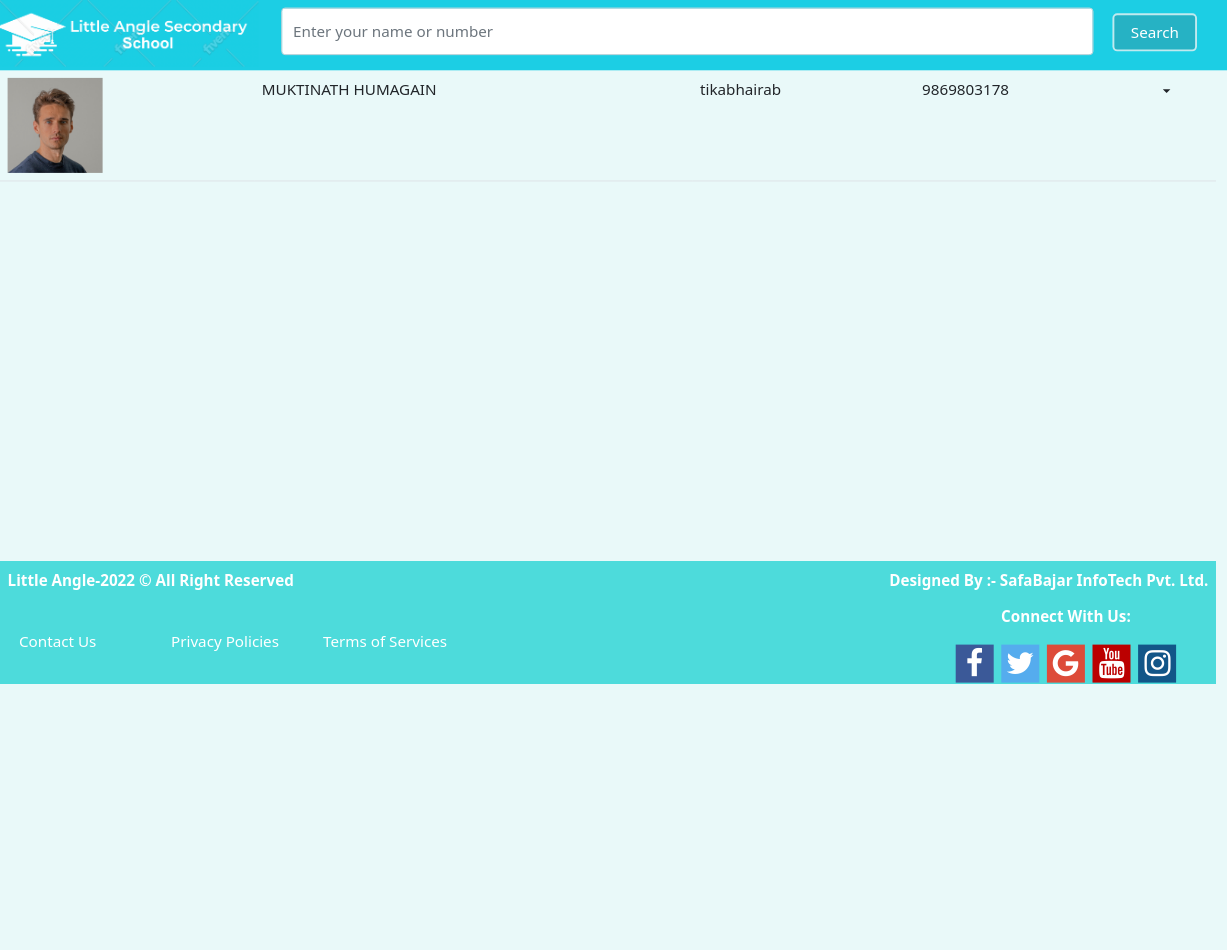
Repository: Sjuicyy/School-Project
Page: profilesview.html
An editor plug-in stored every save of this project. The page is shown before and after a run of saves, followed by the edit.
The browser window is 1280 px wide. The page is 1292 px wide, so the pictures cover 1292 px, including what lies to the right of the window. The pictures show the whole page, at 95% of full size.

Above is the page before, as saved 2022-09-22 11:29:44.

### profilesview.html
<!doctype html>
<html lang="en">

<head>
    <!-- Required meta tags -->
    <meta charset="utf-8">
    <meta name="viewport" content="width=device-width, initial-scale=1">

    <!-- Bootstrap CSS -->
    <link href="https://cdn.jsdelivr.net/npm/bootstrap@5.0.2/dist/css/bootstrap.min.css" rel="stylesheet"
        integrity="sha384-EVSTQN3/azprG1Anm3QDgpJLIm9Nao0Yz1ztcQTwFspd3yD65VohhpuuCOmLASjC" crossorigin="anonymous">

    <link rel="stylesheet" href="https://cdnjs.cloudflare.com/ajax/libs/font-awesome/4.7.0/css/font-awesome.min.css">


    <style>
        body {
            height: 1000px;
        }

        .navcol {
            background-color: rgb(28, 206, 228);
        }

        .row0 div {
            width: auto;
            display: flex;
        }

        .img {
            height: 70px;
            width: 100%;
        }

        .form-control {
            height: 50px;
        }


        .btn1 {
            background-color: rgb(38, 178, 196);
            color: white;
            height: 40px;
            width: 100px;
            margin: 20px;
            margin-top: 14px;
            border: 2px solid rgba(255, 255, 255, 0.715);
            border-radius: 5px;
        }

        .btn1:hover {
            background-color: rgba(0, 225, 255, 0);
            border: 2px solid white;
            outline: none;
        }

        .btn1:active {
            color: rgba(255, 255, 255, 0.667);
            border: 2px solid rgba(255, 255, 255, 0.533);
        }

        .footer {
            background-color: rgb(77, 219, 219);
            position: fixed;
            width: 100%;
            overflow: AUTO;
            color: rgb(255, 255, 255);
            bottom: 0;
        }

        .footer::-webkit-scrollbar {
            display: none;
        }


        .fb {

            width: 160px
        }

        .fa1 {
            font-size: xx-large;
            padding: 4px;
            margin: 2px;
            width: 40px;
            text-decoration: none;
        }

        .fa-facebook {
            background: #3B5998;
            color: white;
        }

        .fa-twitter {
            background: #55ACEE;
            color: white;
        }

        .fa-google {
            background: #dd4b39;
            color: white;
        }

        .fa-youtube {
            background: #bb0000;
            color: white;
        }

        .fa-instagram {
            background: #125688;
            color: white;
        }

        .red {
            border: 1px solid rgb(219, 77, 77);
        }

        .green {
            border: 1px solid rgb(2, 183, 255);
        }

        .yello {
            border: 1px solid rgb(193, 255, 6);
        }

        .btn2 {
            background-color: rgb(77, 219, 219);
            width: 400px;
        }

        .color {
            color: rgb(28, 206, 228);
        }

        .a {
            text-decoration: none;
            color: rgb(77, 219, 219);
        }

        .loginopt {
            background-color: rgb(255, 255, 255);
            color: rgb(28, 206, 228);
            border: 2px solid;
            width: 43px;
            border-radius: 100px;
            margin: 10px;
        }

        .loginopt:hover {
            color: #0c91f7;
        }

        .btn2:hover {
            background-color: #2a8bd0;
        }
    </style>
    <title>Little Angle School</title>
</head>

<body style="background-color:#99e6e335 ;>
    <!-- heading start -->
    <div class=" container-fluid text-center">
    <div class="row row0 navcol">
        <div class="col-3">
            <a href="pages.html">
                <img class="img" src="./school.png" alt="">
            </a>
        </div>
        <div class="col">
            <input class="form-control mt-2 " type="search" placeholder="Enter your name or number "
                aria-label="Search">
            <button class="btn1" type="submit">Search</button>
            </form>
        </div>
    </div>
    </div>
    <!-- heading end -->



    <!-- profile view body  -->




    <!-- <div class="container mt-4 w-75" style="border: 3px solid #0c91f7;">
        <div class="m-1">


        <div class="row">
            <div class="col-auto  ">
                <img src=" ./profile pic.jpg" width="100px" alt="">
            </div>
            <div class="col " style="">
                <div class="row mt-3 m-auto">
                    <div class="col-auto m-auto w-50 "><b>Name: </b>Shyam Joshi</div>
                    <div class="col-auto m-auto w-50 "><b> Email: </b>Sjuicyy@gmail.com</div>
                </div>
                <div class="row mt-3 m-auto">
                    <div class="col-auto m-auto w-50 "><B>DoB: </B>2055/04/31</div>
                    <div class="col-auto m-auto w-50 "><b>Mobile</b>: +977-9867867202</div>
                </div>
            </div>
            <div class="col-auto " style="overflow:hidden; width:100px">
                <div class="col mt-3 ">
                    <div class="btn btn-primary btn-sm  w-100">view</div>
                </div>
                <div class="col  mt-2">
                    <div class="btn btn-primary btn-sm  w-100">Edit</div>
                </div>
            </div>
        </div>

    </div>
    </div> -->



    <!-- // profile view body  -->





    <!-- another responsive table start -->










    <div class="table-responsive text-nowrap">
        <table class="table table-hover">
            <tbody class="table-border-bottom-0">
                <tr class="text-nowrap">
                    <td>
                        <img src="./profile pic.jpg" width="100px" alt="">
                    </td>
                    <td>MUKTINATH HUMAGAIN</td>
                    <td>tikabhairab</td>
                    <td>9869803178</td>
                    <td>
                        <div class="dropdown">
                            <button type="button" class="btn p-0 dropdown-toggle hide-arrow" data-bs-toggle="dropdown">
                            </button>
                        </div>
                    </td>
                </tr>

            </tbody>
        </table>
    </div>
    <!-- another responsive table end -->








    <!-- footer start -->


    <div class="footer">
        <div class="row ">
            <div class="col mx-2 mt-2" style="text-align:left"> <b>Little Angle-2022 © All Right Reserved</b> </div>
            <div class="col mx-2 mt-2" style="text-align:right">
                <p> <b>Designed By :- SafaBajar InfoTech Pvt. Ltd.</b> </p>
            </div>
        </div>
        <div class="row mx-2">
            <div class="col-2  fb" style="text-align:left;margin-top:25px">Contact Us</div>
            <div class="col-2  fb" style="text-align:left;margin-top:25px">Privacy Policies</div>
            <div class="col-2  fb" style="text-align:left;margin-top:25px">Terms of Services</div>
            <div class="col  fb" style="text-align:left"></div>
            <div class="col-6 fb mt-2" style="text-align:center;width:300px">
                <p style="margin-top: -10px;"> <b>Connect With Us:</b> </p>
                <a href="https://www.facebook.com/search/top?q=safabazar%20private%20limited" class="fa fa1 fa-facebook"
                    style="text-align:center;margin-top:-10px"></a>
                <a href="#" class="fa fa1 fa-twitter"></a>
                <a href="#" class="fa fa1 fa-google"></a>
                <a href="#" class="fa fa1 fa-youtube"></a>
                <a href="#" class="fa fa1 fa-instagram"></a>
            </div>
        </div>

    </div>

    </div>

    </div>












    <!-- Optional JavaScript; choose one of the two! -->

    <!-- Option 1: Bootstrap Bundle with Popper -->
    <script src="https://cdn.jsdelivr.net/npm/bootstrap@5.0.2/dist/js/bootstrap.bundle.min.js"
        integrity="sha384-MrcW6ZMFYlzcLA8Nl+NtUVF0sA7MsXsP1UyJoMp4YLEuNSfAP+JcXn/tWtIaxVXM"
        crossorigin="anonymous"></script>

    <!-- Option 2: Separate Popper and Bootstrap JS -->
    <!--
    <script src="https://cdn.jsdelivr.net/npm/@popperjs/core@2.9.2/dist/umd/popper.min.js" integrity="sha384-IQsoLXl5PILFhosVNubq5LC7Qb9DXgDA9i+tQ8Zj3iwWAwPtgFTxbJ8NT4GN1R8p" crossorigin="anonymous"></script>
    <script src="https://cdn.jsdelivr.net/npm/bootstrap@5.0.2/dist/js/bootstrap.min.js" integrity="sha384-cVKIPhGWiC2Al4u+LWgxfKTRIcfu0JTxR+EQDz/bgldoEyl4H0zUF0QKbrJ0EcQF" crossorigin="anonymous"></script>
    -->
</body>

</html>

After the next 2 saves:
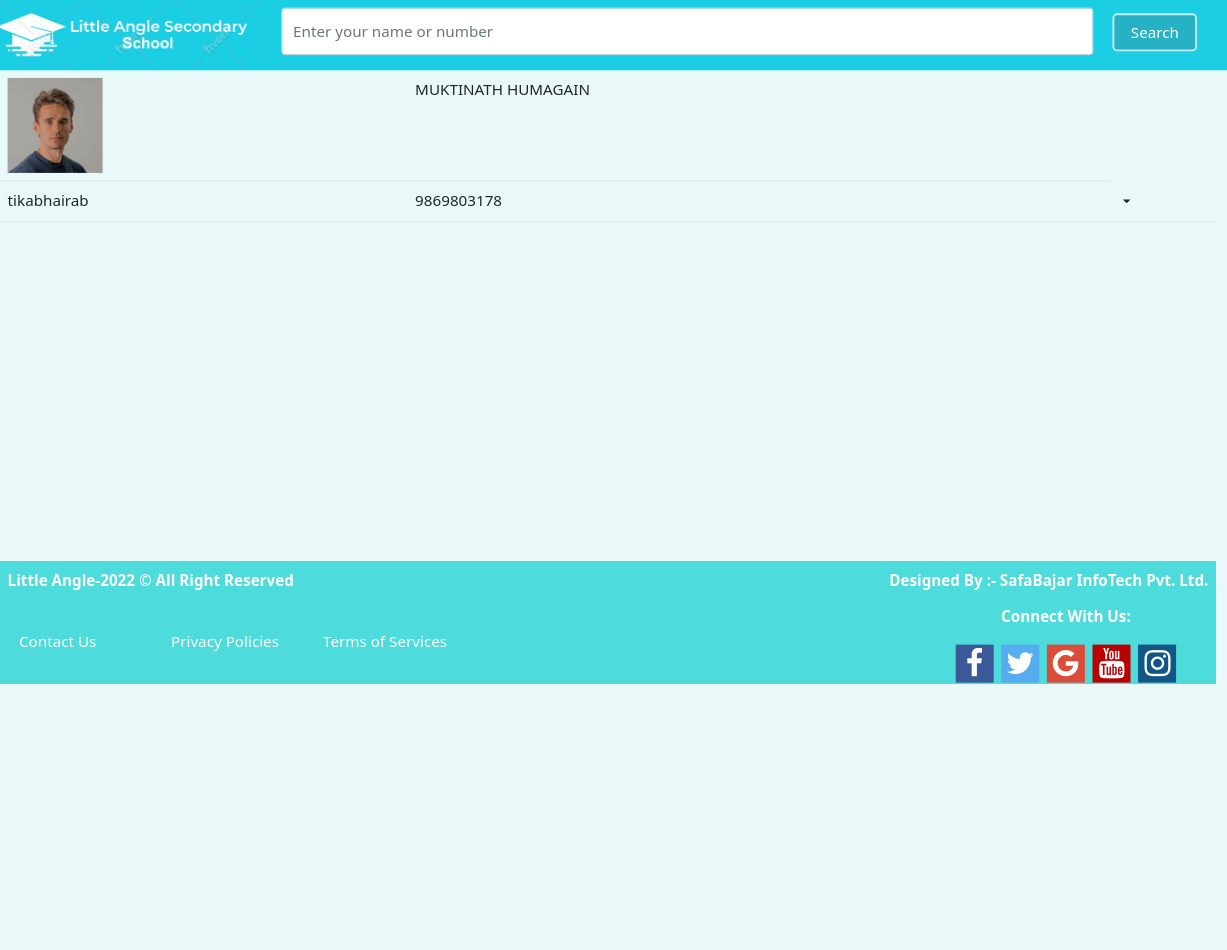
The 2 saves are shown as one change because they came seconds apart.
The last was saved 19 s later.
--- a/profilesview.html
+++ b/profilesview.html
@@ -241,6 +241,9 @@
                         <img src="./profile pic.jpg" width="100px" alt="">
                     </td>
                     <td>MUKTINATH HUMAGAIN</td>
+                    <tr>
+
+                    </tr>
                     <td>tikabhairab</td>
                     <td>9869803178</td>
                     <td>
